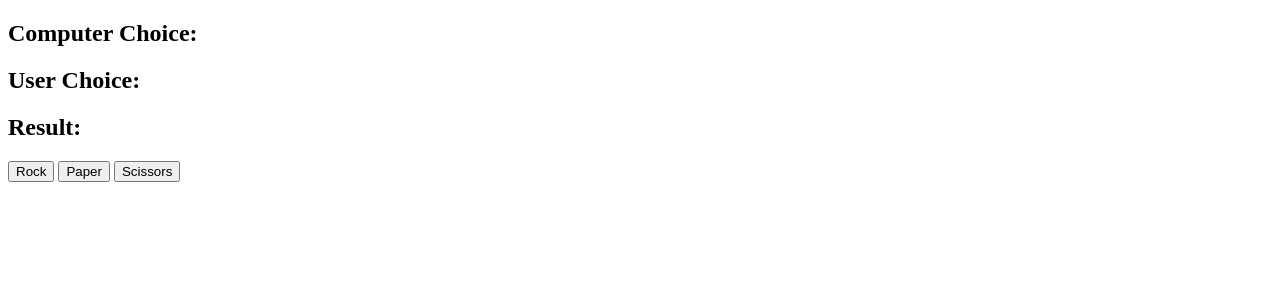
Repository: evemcd/aniakubow-tutorials
Page: rock-paper-scissors/index.html
The author's editor kept a copy of each file at every save. The page is drawn from the files as they stood at one save, then again after the next save.
The browser window is 1280 px wide. The pictures show the whole page.
After loading, the first visible `#rock` was clicked once.

Above is the page before, as saved 2023-07-25 09:23:52.
Console error: ReferenceError: user is not defined

After the next save:
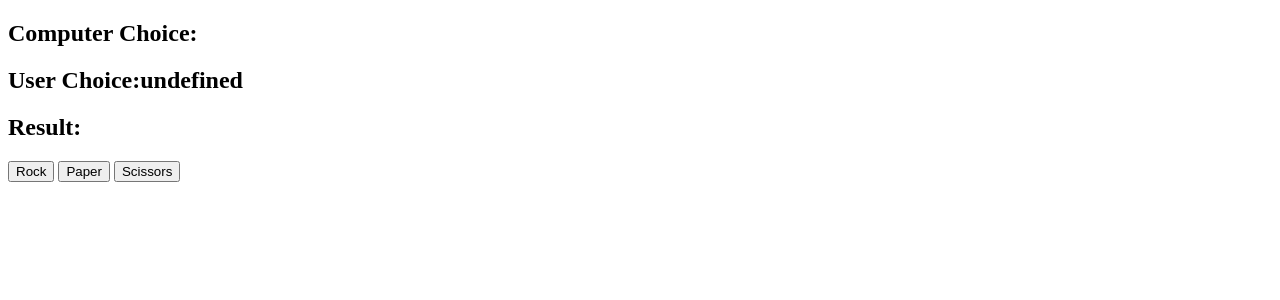
The error is gone.
Saved 26 s later.
--- a/rock-paper-scissors/app.js
+++ b/rock-paper-scissors/app.js
@@ -5,6 +5,6 @@ const possibleChoices = document.querySelectorAll('button');
 let userChoice
 
 possibleChoices.forEach(possibleChoice => possibleChoice.addEventListener('click', (e) => {
-    userChoice = e.target.ie
-    user
+    userChoice = e.target.ie;
+    userChoiceDisplay.innerHTML = userChoice;
 }))
